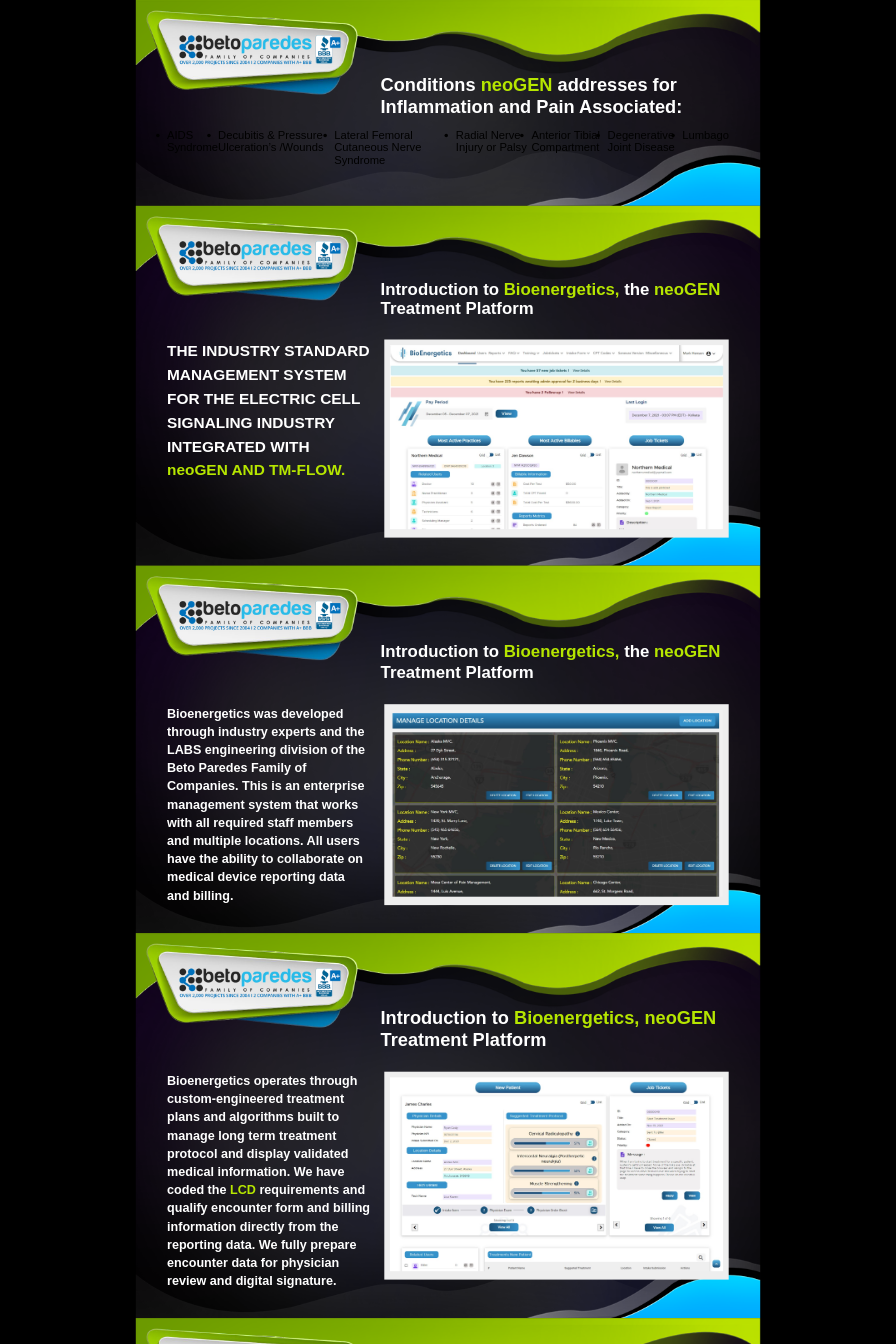
Repository: koushikbiswas/Beto_Paredes_Family_Opportunities_Intro_Deck
Page: slide29.html
An editor plug-in stored every save of this project. The page is shown before and after the next save, followed by the edit.
The browser window is 1280 px wide. The pictures show the part of the page from y = 0 to 1920 px (the page is 5054 px tall before and 5068 px after), at 70% of full size.

Above is the page before, as saved 2021-12-22 09:58:44.

After the next save:
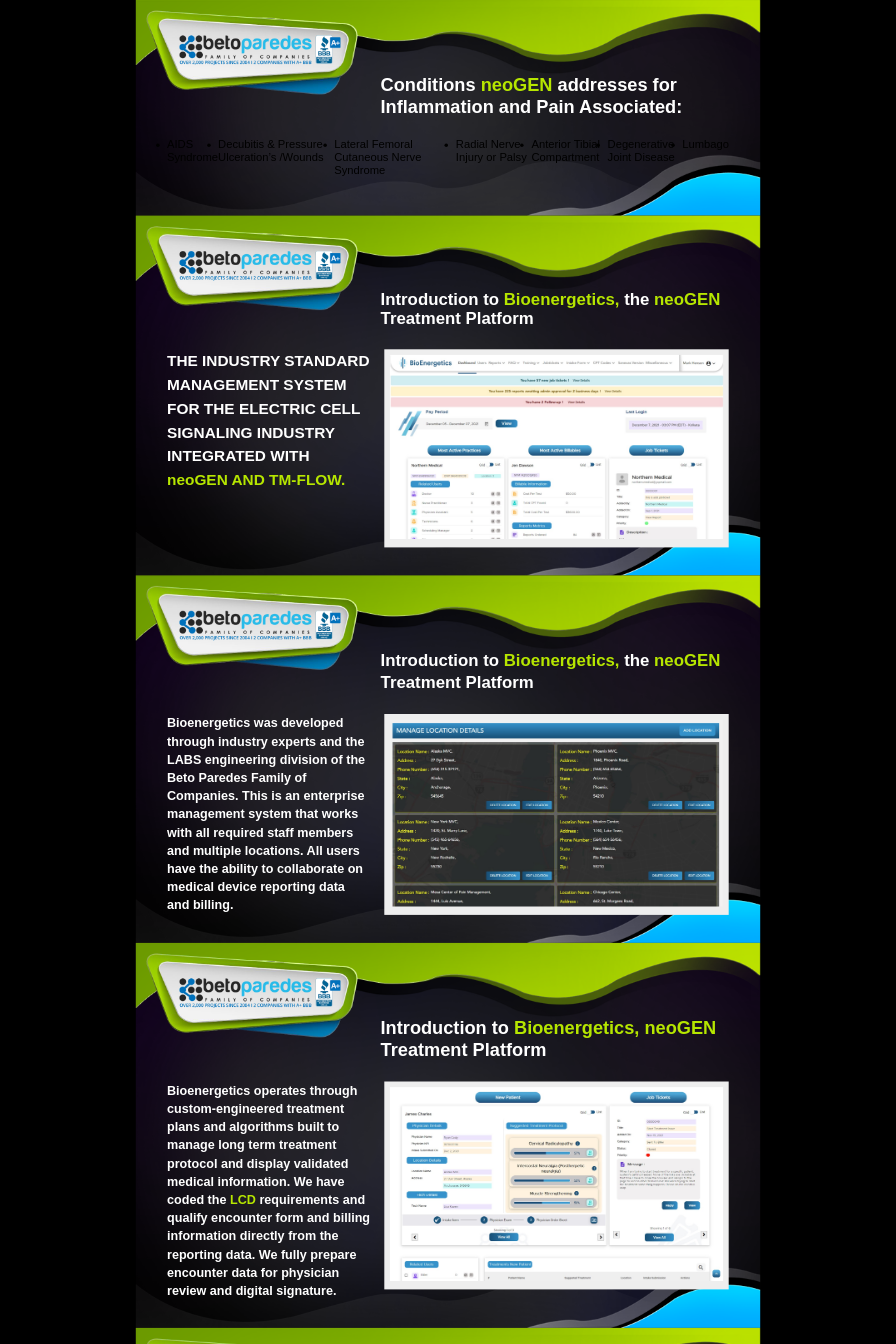
Saved 105 s later.
--- a/assets/css/slide.css
+++ b/assets/css/slide.css
@@ -32,12 +32,9 @@
 /*-----------START SLIDE 20 CSS-----------*/
 .slide20 .pdfmaincontent p{padding-left: 38%;margin-top: -6%;font-size: 26px;font-weight: 600;line-height: 31px;}
 .slide20 .pdfmaincontent p span{color:#b6e600;}
-.slide20 .pdfmaincontent .pdfmaincontentinnerbottom{margin-top: 30px;display: flex;align-items: flex-start;justify-content: space-between;}
-.slide20 .pdfmaincontentinnerbottominner{width: 45%;}
+.slide20 .pdfmaincontent .pdfmaincontentlists{margin-top: 30px;}
 .slide20 .pdfmaincontentinnerbottominner p{padding-left: 0 !important;margin-top: 0 !important;font-size: 18px !important;line-height: 26px;}
-.slide20 .pdfmaincontentinnerbottom .pdfmainimgwrapper{background-color: #eeeeeeff;padding: 8px;width: 69%;}
-.slide20 .pdfmaincontentinnerbottom .pdfmainimgwrapper img{width:100%}
-.pdfmaincontentlists ul{display:flex;flex-direction: row;align-items:flex-start;justify-content:space-around;padding: 0;}
+.slide20 .pdfmaincontent .pdfmaincontentlists ul{display: flex;align-items: flex-start;justify-content: space-between;padding: 0;}
 /*-----------END SLIDE 20 CSS-----------*/
 
 /*-----------START SLIDE 21 CSS-----------*/
